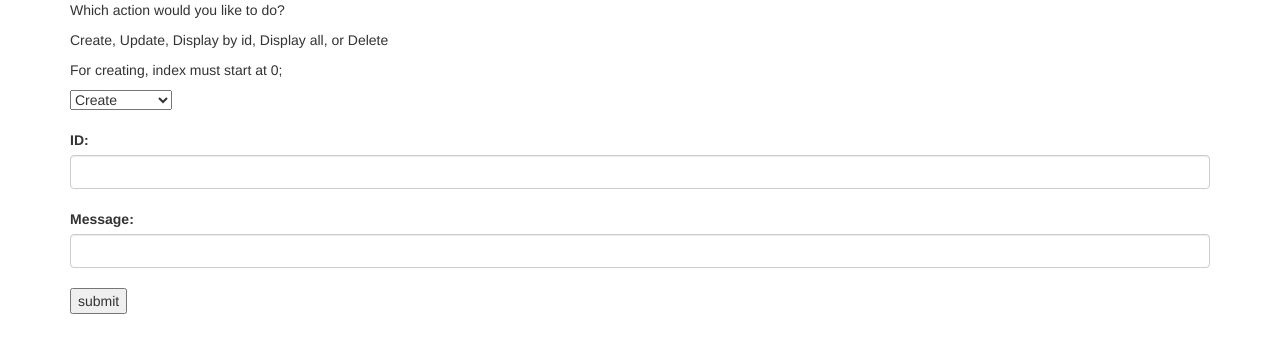
Repository: kddean/Lab3
Page: ToDoSystem-SinglePage/WebContent/ToDo.html
These files come from the project's save history. The page is drawn as it stood at one moment and after the next save; the edit follows.
The browser window is 1280 px wide. The pictures show the whole page.

Above is the page before, as saved 2016-03-25 23:47:32.
Console error: SyntaxError: Unexpected token 'var'

### ToDoSystem-SinglePage/WebContent/ToDo.html
<!DOCTYPE html>
<html>
<head>
<!-- <meta charset="ISO-8859-1"> -->
<meta charset="utf-8">
<meta name="viewport" content="width=device-width, initial-scale=1">
<link rel="stylesheet" href="http://maxcdn.bootstrapcdn.com/bootstrap/3.3.6/css/bootstrap.min.css">
<script src="https://ajax.googleapis.com/ajax/libs/jquery/1.12.0/jquery.min.js"></script>
<script src="http://maxcdn.bootstrapcdn.com/bootstrap/3.3.6/js/bootstrap.min.js"></script>
<title>ToDoSystem</title>
</head>
<body>
<div class="container">
<form name = "ToDoForm" method ="post" action ="ToDoServlet">
	<div class="form-group">
	<p>Which action would you like to do?</p>
	<p>Create, Update, Display by id, Display all, or Delete</p>
	<p> For creating, index must start at 0; </p>
	<select name="actions">
		<option value="create">Create</option>
  		<option value="update">Update</option>
  		<option value="displayid">Display by id</option>
  		<option value="displayall">Display all</option>
 		<option value="delete">Delete</option>
	</select>
	<br><br>
	<label>ID:</label><input type="text" class="form-control" name="id">
	<br>
	<label>Message:</label><input type="text" class="form-control" name="message">
	<br>
<!-- 	<button type="button" value="Submit" onclick='loadDoc("ToDo")' class="btn btn-primary">Submit</button> -->
	<input type="button" value="submit" onclick='loadDoc()'>
	</div>
</form>
</div>
<script>
function loadDoc()
var request;

/* attach a submit handler to the form */
$("#submit").submit(function(event) {

    // abort any pending request
    if (request) {
        request.abort();
    }

  /* stop form from submitting normally */
  event.preventDefault();

  /*clear result div*/
   $("#result").html('');

  /* get some values from elements on the page: */
   var values = $(this).serialize();

  /* Send the data using post and put the results in a div */
  request =$.ajax({
      url: "ajaxRequest",
      type: "post",
      data: values,
      success: function(){
           $("#result").html('submitted successfully');
      },
      error:function(){
          $("#result").html('there is error while submit');
      }
  });
});
</script>

<!-- <script type="text/javascript">
function loadDoc(reqURL)
	var xhttp = new XMLHttpRequest();
	xhttp.open("POST", reqURL, true)
	xhttp.onreadystatechange = function(){
		if (xhttp.readyState == 4 && xhttp.status == 200) {
		      document.getElementById("m").innerHTML = xhttp.responseText;
		    }
	};
	  //xhttp.open("POST", "ToDo.html", true);
	  xhttp.setRequestHeader("Content-type", "application/x-www-form-urlencoded");
	  xhttp.send();
</script> -->
</body>
</html>

After the next save:
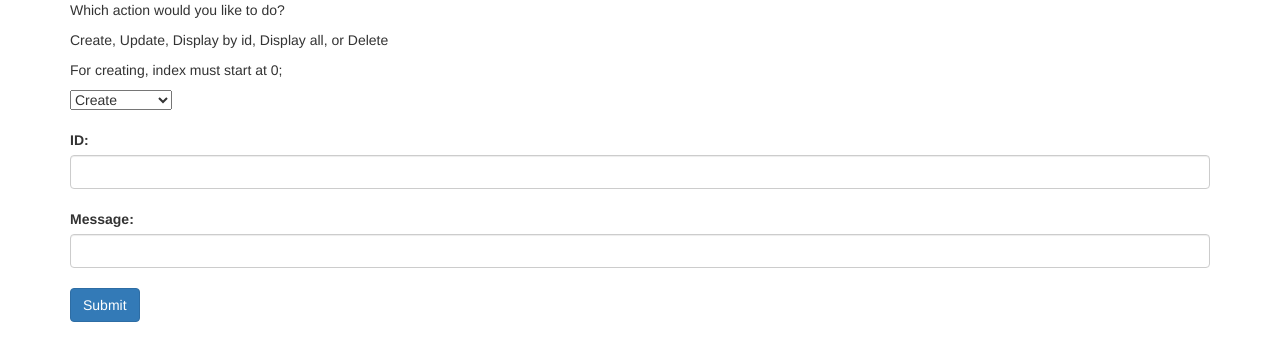
Saved 62 s later.
--- a/ToDoSystem-SinglePage/WebContent/ToDo.html
+++ b/ToDoSystem-SinglePage/WebContent/ToDo.html
@@ -28,8 +28,8 @@
 	<br>
 	<label>Message:</label><input type="text" class="form-control" name="message">
 	<br>
-<!-- 	<button type="button" value="Submit" onclick='loadDoc("ToDo")' class="btn btn-primary">Submit</button> -->
-	<input type="button" value="submit" onclick='loadDoc()'>
+	<button type="button" value="Submit" onclick='loadDoc()' class="btn btn-primary">Submit</button>
+<!-- 	<input type="button" value="submit" onclick='loadDoc()'> -->
 	</div>
 </form>
 </div>
